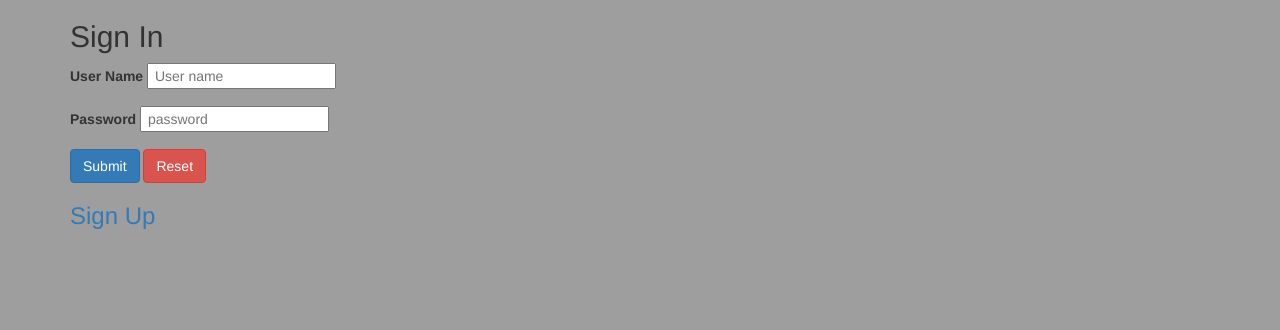
Repository: AravindMarshall/ShoppingCart
Page: http://localhost/Phineas/Login.jsp
These files come from the project's save history. The page is drawn as it stood at one moment and after the next save; the edit follows.
The browser window is 1280 px wide. The pictures show the whole page.
The page is served by Tomcat 9. Other server files are loaded and not shown.

Above is the page before, as saved 2016-06-13 11:11:56.

### NIIT Shopping Cart/Phineas/WebContent/Login.jsp
<%@ page language="java" contentType="text/html; charset=ISO-8859-1"
    pageEncoding="ISO-8859-1"%>
<html>
<head>
<meta http-equiv="Content-Type" content="text/html; charset=ISO-8859-1">
<meta name="viewport" content="width=device-width, initial-scale=1">
  <link rel="stylesheet" href="http://maxcdn.bootstrapcdn.com/bootstrap/3.3.6/css/bootstrap.min.css">
  <script src="https://ajax.googleapis.com/ajax/libs/jquery/1.12.2/jquery.min.js"></script>
  <script src="http://maxcdn.bootstrapcdn.com/bootstrap/3.3.6/js/bootstrap.min.js"></script>

<title>Phineas Login</title>
</head>
<body>

<form action="LoginServlet" method ="post">


<div class="container">
  <body background="F:\Sample Car pictures\Car1.jpg">
      </div>

<div class= "Login">
<div class="container">
  <h2>Sign In </h2>
  <form role="form">
  <div class="form-group">
  <label for ="Name">User Name </label>
	<input type = "text" class="userId" name = "userId" placeholder=" User name "></div>
	<div class="form-group">
	<label for ="Pass">Password</label>
	<input type = "password" class="password" name = "password" placeholder=" password "></div>
<button type="submit" class="btn btn-primary">Submit</button>
<button type="Reset" class="btn btn-danger">Reset</button><br>
<a href = "Register.jsp"><h3>Sign Up</h3></a>
</form>
</div>
</div>
</form>

</body>
</html>

After the next save:
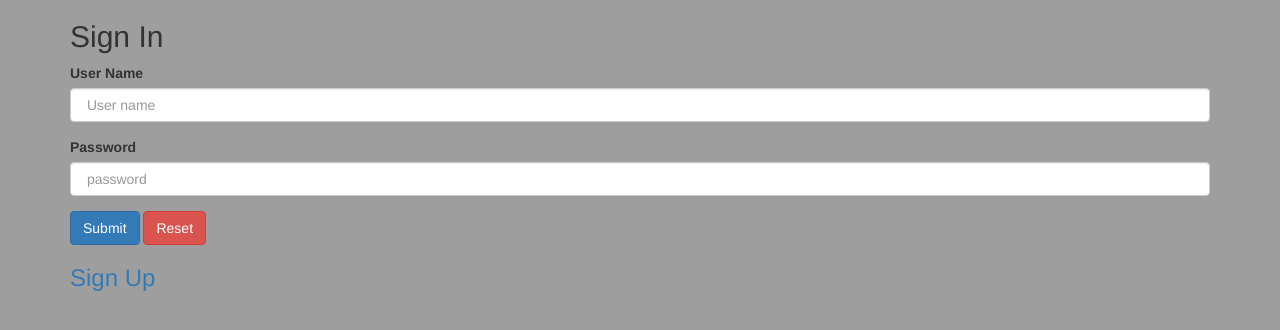
Saved 51 s later.
--- a/NIIT Shopping Cart/Phineas/WebContent/Login.jsp
+++ b/NIIT Shopping Cart/Phineas/WebContent/Login.jsp
@@ -25,10 +25,10 @@
   <form role="form">
   <div class="form-group">
   <label for ="Name">User Name </label>
-	<input type = "text" class="userId" name = "userId" placeholder=" User name "></div>
+	<input type = "text" class="form-control" name = "userId" placeholder=" User name "></div>
 	<div class="form-group">
 	<label for ="Pass">Password</label>
-	<input type = "password" class="password" name = "password" placeholder=" password "></div>
+	<input type = "password" class="form-control" name = "password" placeholder=" password "></div>
 <button type="submit" class="btn btn-primary">Submit</button>
 <button type="Reset" class="btn btn-danger">Reset</button><br>
 <a href = "Register.jsp"><h3>Sign Up</h3></a>
